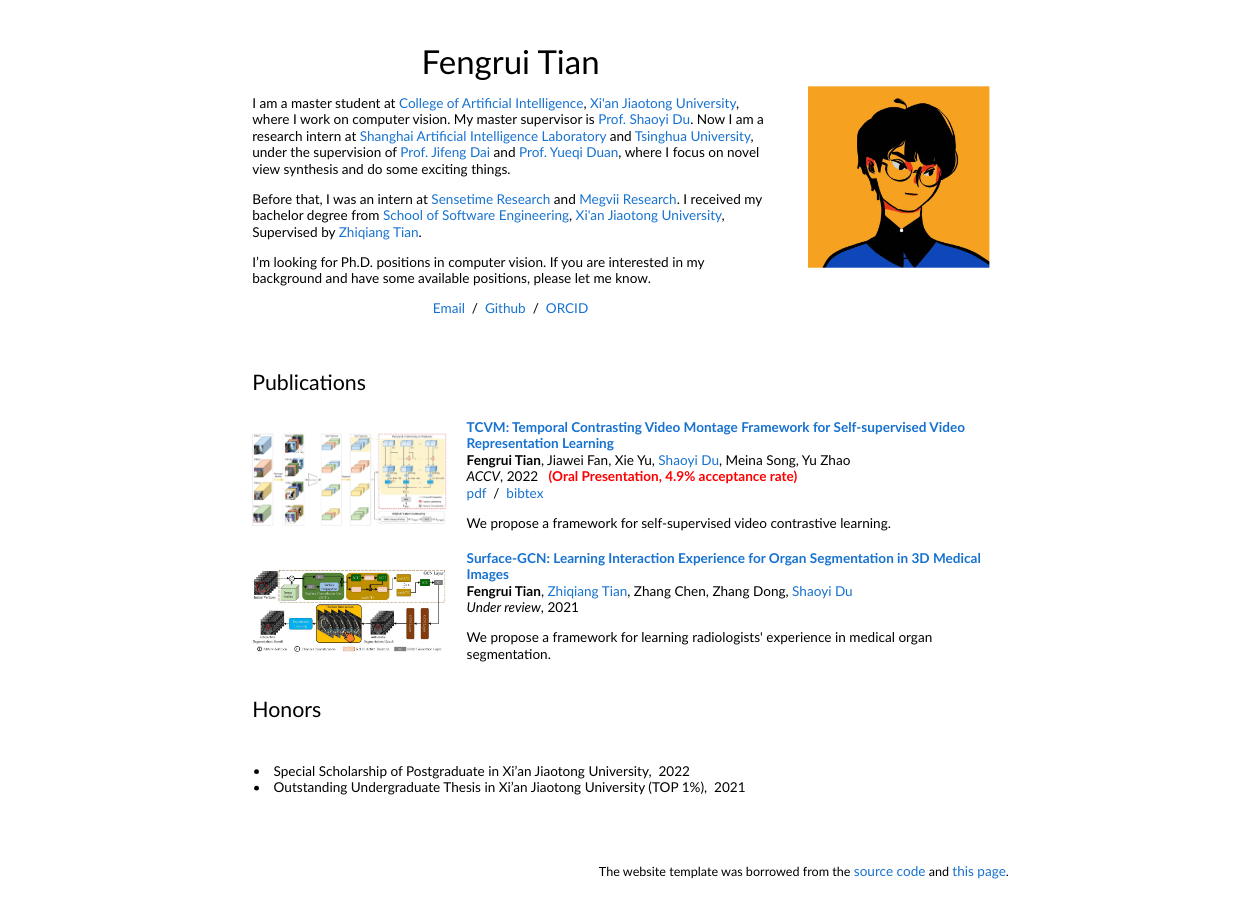
Repository: tianfr/tianfr.github.io
Page: index.html
These files come from the project's save history. The page is drawn as it stood at one moment and after the next save; the edit follows.
The browser window is 1280 px wide. The pictures show the whole page, at 97% of full size.

Above is the page before, as saved 2022-11-20 16:19:25.

### index.html
<!DOCTYPE HTML>
<html lang="en"><head><meta http-equiv="Content-Type" content="text/html; charset=UTF-8">

  <title>Fengrui Tian </title>

  <meta name="author" content="Fengrui Tian">
  <meta name="viewport" content="width=device-width, initial-scale=1">

  <link rel="stylesheet" type="text/css" href="stylesheet.css">
	<link rel="icon" href="data:[embedded picture, 141 characters]">
</head>

<body>
  <table style="width:100%;max-width:800px;border:0px;border-spacing:0px;border-collapse:separate;margin-right:auto;margin-left:auto;"><tbody>
    <tr style="padding:0px">
      <td style="padding:0px">
        <table style="width:100%;border:0px;border-spacing:0px;border-collapse:separate;margin-right:auto;margin-left:auto;"><tbody>
          <tr style="padding:0px">
            <td style="padding:2.5%;width:63%;vertical-align:middle">
              <p style="text-align:center">
                <name>
                  Fengrui Tian
                  <!-- <font face="KaiTi" size="6">田丰瑞</font> -->
                </name>
              </p>
              <p>I am a master student at <a href="http://iair.xjtu.edu.cn/">College of Artificial Intelligence</a>, <a href="http://www.xjtu.edu.cn/">Xi'an Jiaotong University</a>, where I work on computer vision. My master supervisor is <a href="https://gr.xjtu.edu.cn/en/web/dushaoyi/home">Prof. Shaoyi Du</a>. Now I am a research intern at <a href="https://www.shlab.org.cn/">Shanghai Artificial Intelligence Laboratory</a> and <a href="https://www.tsinghua.edu.cn/">Tsinghua University</a>, under the supervision of <a href="https://jifengdai.org/">Prof. Jifeng Dai</a> and  <a href="https://duanyueqi.github.io/">Prof. Yueqi Duan</a>, where I focus on novel view synthesis and do some exciting things.
              </p>
              <p> Before that, I was an intern at <a href="https://www.sensetime.com/">Sensetime Research</a> and
                <a href="https://www.megvii.com/">Megvii Research</a>. I received my bachelor degree from  <a href="https://blog.google/products/google-ar-vr/introducing-next-generation-jump/">School of Software Engineering</a>, <a href="http://www.xjtu.edu.cn/">Xi'an Jiaotong University</a>, Supervised by <a href="https://gr.xjtu.edu.cn/en/web/zhiqiangtian/home">Zhiqiang Tian</a>.
              </p>
              <p>  I’m looking for Ph.D. positions in computer vision. If you are interested in my background and have some available positions, please let me know.
              </p>
              <p style="text-align:center">
                <a href="mailto:tianfr@stu.xjtu.edu.cn">Email</a> &nbsp/&nbsp
                <!-- <a href="data/JonBarron-CV.pdf">CV</a> &nbsp/&nbsp -->
                <!-- <a href="data/JonBarron-bio.txt">Bio</a> &nbsp/&nbsp -->
                <!-- <a href="https://scholar.google.com/citations?hl=en&user=jktWnL8AAAAJ">Google Scholar</a> &nbsp/&nbsp -->
                <!-- <a href="https://twitter.com/jon_barron">Twitter</a> &nbsp/&nbsp -->
                <a href="https://github.com/tianfr/">Github</a> &nbsp/&nbsp
                <a href="https://orcid.org/0000-0002-9577-5276">ORCID</a>
              </p>
            </td>
            <td style="padding:2.5%;width:25%;max-width:25%">
              <a href="images/Fengrui_Tian_avatar.jpg"><img style="width:100%;max-width:100%" alt="profile photo" src="images/Fengrui_Tian_avatar.jpg" class="hoverZoomLink"></a>
            </td>
          </tr>
        <!-- </tbody></table>
        <table style="width:100%;border:0px;border-spacing:0px;border-collapse:separate;margin-right:auto;margin-left:auto;"><tbody>
            <tr>
            <td style="padding:20px;width:100%;vertical-align:middle">
              <heading>Research</heading>
              <p>
                I'm interested in computer vision, machine learning, optimization, and image processing. Much of my research is about inferring the physical world (shape, motion, color, light, etc) from images. Representative papers are <span class="highlight">highlighted</span>.
              </p>
            </td>
          </tr>
        </tbody></table> -->
        <table width="100%" align="center" border="0" cellspacing="0" cellpadding="20"><tbody>
          <tr>
            <td>
              <heading>Publications</heading>
            </td>
          </tr>
        </tbody></table>
        <table style="width:100%;border:0px;border-spacing:0px;border-collapse:separate;margin-right:auto;margin-left:auto;"><tbody>

          <tr onmouseout="dreamfusion_stop()" onmouseover="dreamfusion_start()">
            <td style="padding:20px;width:25%;vertical-align:middle">
              <img src="images/tcvm_overview.jpg" alt="prl" width="200" height="95">
            </td>
            <!-- <td style="padding:20px;width:25%;vertical-align:middle">
              <div class="one">
                <div class="two" id='dreamfusion_image'><video  width=100% height=100% muted autoplay loop>
                <source src="images/dreamfusion.mp4" type="video/mp4">
                Your browser does not support the video tag.
                </video></div>
                <img src='images/tcvm_overview.jpg' width="160">
              </div>
              <script type="text/javascript">
                function dreamfusion_start() {
                  document.getElementById('dreamfusion_image').style.opacity = "1";
                }

                function dreamfusion_stop() {
                  document.getElementById('dreamfusion_image').style.opacity = "0";
                }
                dreamfusion_stop()
              </script>
            </td> -->
            <!-- <td style="padding:20px;width:75%;vertical-align:middle"> -->
            <td width="75%" valign="middle">
              <a href="paper/22accv_tcvm.pdf">
                <papertitle>TCVM: Temporal Contrasting Video Montage Framework for Self-supervised Video Representation Learning</papertitle>
              </a>
              <br>
              <strong>Fengrui Tian</strong>,
              Jiawei Fan,
              Xie Yu,
              <a href="https://gr.xjtu.edu.cn/en/web/dushaoyi/home">Shaoyi Du</a>,
              Meina Song,
              Yu Zhao
              <br>
              <em>ACCV</em>, 2022 &nbsp <font color="red"><strong>(Oral Presentation, 4.9% acceptance rate)</strong></font>
              <br>
              <a href="paper/22accv_tcvm.pdf">pdf</a>  &nbsp/&nbsp
              <a href="data/accv22TCVM.bib">bibtex</a>
              <p></p>
              <p>
              We propose a framework for self-supervised video contrastive learning.
              </p>
            </td>
          </tr>


          <tr>
            <td style="padding:20px;width:25%;vertical-align:middle">
              <img src="images/surfacegcn.jpg" alt="prl" width="200" height="85">
            </td>
            <td width="75%" valign="middle">
              <a href="">
                <papertitle>Surface-GCN: Learning Interaction Experience for Organ Segmentation in 3D Medical Images</papertitle>
              </a>
              <br>
              <strong>Fengrui Tian</strong>,
              <a href="https://gr.xjtu.edu.cn/en/web/zhiqiangtian/home">Zhiqiang Tian</a>,
              Zhang Chen,
              Zhang Dong,
              <a href="https://gr.xjtu.edu.cn/en/web/dushaoyi/home">Shaoyi Du</a>
              <br>
              <em>Under review</em>, 2021
              <br>
              <!-- <a href="data/BarronPRL2009.bib">bibtex</a> -->
              <p>We propose a framework for learning radiologists' experience in medical organ segmentation.</p>
            </td>
          </tr>

        </tbody></table>


        <table width="100%" align="center" border="0" cellspacing="0" cellpadding="20"><tbody>
          <tr>
            <td>
              <heading>Honors</heading>
            </td>
          </tr>
        </tbody></table>
        <table width="100%" align="center" border="0" cellpadding="20"><tbody>
          <tr>
            <td style="padding:20px;width:100%;vertical-align:middle">
              <li>Special Scholarship of Postgraduate in Xi’an Jiaotong University,&nbsp; 2022 </li>
              <li>Outstanding Undergraduate Thesis in Xi’an Jiaotong University (TOP 1%),&nbsp; 2021 </li> <br>
          </td>

          </tr>


        </tbody></table>
        <table style="width:100%;border:0px;border-spacing:0px;border-collapse:separate;margin-right:auto;margin-left:auto;"><tbody>
          <tr>
            <td style="padding:0px">
              <br>
              <p style="text-align:right;font-size:small;">
                The website template was borrowed from the <a href="https://github.com/jonbarron/website">source code</a> and <a href="https://jonbarron.info/"> this page</a>.
              </p>
            </td>
          </tr>
        </tbody></table>
      </td>
    </tr>
  </table>
</body>

</html>

### stylesheet.css
/* latin-ext */
@font-face {
  font-family: 'Lato';
  font-style: italic;
  font-weight: 400;
  src: local('Lato Italic'), local('Lato-Italic'), url(https://fonts.gstatic.com/s/lato/v15/S6u8w4BMUTPHjxsAUi-qNiXg7eU0.woff2) format('woff2');
  unicode-range: U+0100-024F, U+0259, U+1E00-1EFF, U+2020, U+20A0-20AB, U+20AD-20CF, U+2113, U+2C60-2C7F, U+A720-A7FF;
}
/* latin */
@font-face {
  font-family: 'Lato';
  font-style: italic;
  font-weight: 400;
  src: local('Lato Italic'), local('Lato-Italic'), url(https://fonts.gstatic.com/s/lato/v15/S6u8w4BMUTPHjxsAXC-qNiXg7Q.woff2) format('woff2');
  unicode-range: U+0000-00FF, U+0131, U+0152-0153, U+02BB-02BC, U+02C6, U+02DA, U+02DC, U+2000-206F, U+2074, U+20AC, U+2122, U+2191, U+2193, U+2212, U+2215, U+FEFF, U+FFFD;
}
/* latin-ext */
@font-face {
  font-family: 'Lato';
  font-style: italic;
  font-weight: 700;
  src: local('Lato Bold Italic'), local('Lato-BoldItalic'), url(https://fonts.gstatic.com/s/lato/v15/S6u_w4BMUTPHjxsI5wq_FQftx9897sxZ.woff2) format('woff2');
  unicode-range: U+0100-024F, U+0259, U+1E00-1EFF, U+2020, U+20A0-20AB, U+20AD-20CF, U+2113, U+2C60-2C7F, U+A720-A7FF;
}
/* latin */
@font-face {
  font-family: 'Lato';
  font-style: italic;
  font-weight: 700;
  src: local('Lato Bold Italic'), local('Lato-BoldItalic'), url(https://fonts.gstatic.com/s/lato/v15/S6u_w4BMUTPHjxsI5wq_Gwftx9897g.woff2) format('woff2');
  unicode-range: U+0000-00FF, U+0131, U+0152-0153, U+02BB-02BC, U+02C6, U+02DA, U+02DC, U+2000-206F, U+2074, U+20AC, U+2122, U+2191, U+2193, U+2212, U+2215, U+FEFF, U+FFFD;
}
/* latin-ext */
@font-face {
  font-family: 'Lato';
  font-style: normal;
  font-weight: 400;
  src: local('Lato Regular'), local('Lato-Regular'), url(https://fonts.gstatic.com/s/lato/v15/S6uyw4BMUTPHjxAwXiWtFCfQ7A.woff2) format('woff2');
  unicode-range: U+0100-024F, U+0259, U+1E00-1EFF, U+2020, U+20A0-20AB, U+20AD-20CF, U+2113, U+2C60-2C7F, U+A720-A7FF;
}
/* latin */
@font-face {
  font-family: 'Lato';
  font-style: normal;
  font-weight: 400;
  src: local('Lato Regular'), local('Lato-Regular'), url(https://fonts.gstatic.com/s/lato/v15/S6uyw4BMUTPHjx4wXiWtFCc.woff2) format('woff2');
  unicode-range: U+0000-00FF, U+0131, U+0152-0153, U+02BB-02BC, U+02C6, U+02DA, U+02DC, U+2000-206F, U+2074, U+20AC, U+2122, U+2191, U+2193, U+2212, U+2215, U+FEFF, U+FFFD;
}
/* latin-ext */
@font-face {
  font-family: 'Lato';
  font-style: normal;
  font-weight: 700;
  src: local('Lato Bold'), local('Lato-Bold'), url(https://fonts.gstatic.com/s/lato/v15/S6u9w4BMUTPHh6UVSwaPGQ3q5d0N7w.woff2) format('woff2');
  unicode-range: U+0100-024F, U+0259, U+1E00-1EFF, U+2020, U+20A0-20AB, U+20AD-20CF, U+2113, U+2C60-2C7F, U+A720-A7FF;
}
/* latin */
@font-face {
  font-family: 'Lato';
  font-style: normal;
  font-weight: 700;
  src: local('Lato Bold'), local('Lato-Bold'), url(https://fonts.gstatic.com/s/lato/v15/S6u9w4BMUTPHh6UVSwiPGQ3q5d0.woff2) format('woff2');
  unicode-range: U+0000-00FF, U+0131, U+0152-0153, U+02BB-02BC, U+02C6, U+02DA, U+02DC, U+2000-206F, U+2074, U+20AC, U+2122, U+2191, U+2193, U+2212, U+2215, U+FEFF, U+FFFD;
}

a {
  color: #1772d0;
  text-decoration: none;
}

a:focus,
a:hover {
  color: #f09228;
  text-decoration: none;
}

body,
td,
th,
tr,
p,
a {
  font-family: 'Lato', Verdana, Helvetica, sans-serif;
  font-size: 14px
}

strong {
  font-family: 'Lato', Verdana, Helvetica, sans-serif;
  font-size: 14px;
}

heading {
  font-family: 'Lato', Verdana, Helvetica, sans-serif;
  font-size: 22px;
}

papertitle {
  font-family: 'Lato', Verdana, Helvetica, sans-serif;
  font-size: 14px;
  font-weight: 700
}

name {
  font-family: 'Lato', Verdana, Helvetica, sans-serif;
  font-size: 34px;
}

.one {
  width: 160px;
  height: 160px;
  position: relative;
}

.two {
  width: 160px;
  height: 160px;
  position: absolute;
  transition: opacity .2s ease-in-out;
  -moz-transition: opacity .2s ease-in-out;
  -webkit-transition: opacity .2s ease-in-out;
}

.fade {
  transition: opacity .2s ease-in-out;
  -moz-transition: opacity .2s ease-in-out;
  -webkit-transition: opacity .2s ease-in-out;
}

span.highlight {
  background-color: #ffffd0;
}

After the next save:
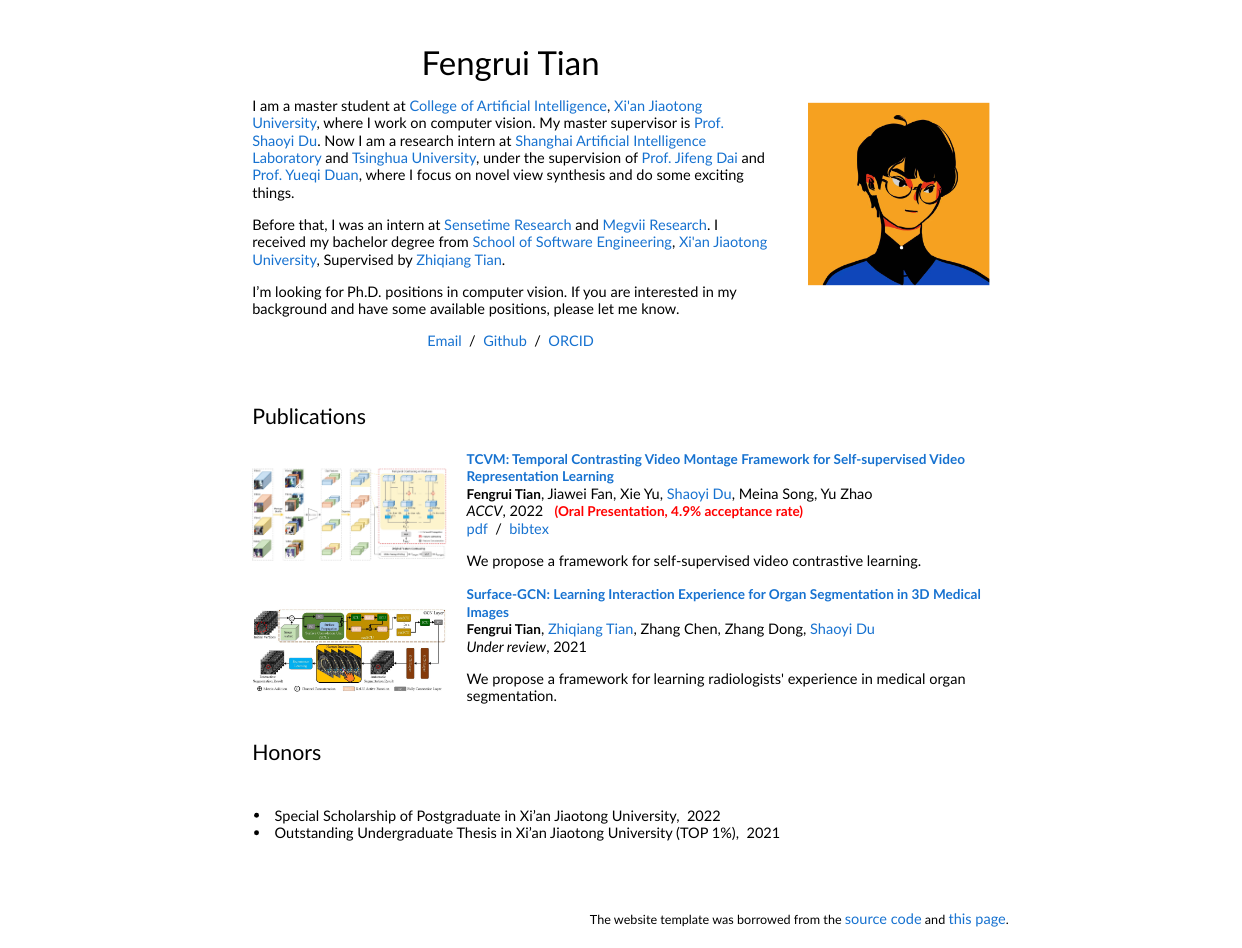
Saved 7 s later.
--- a/stylesheet.css
+++ b/stylesheet.css
@@ -81,7 +81,7 @@ tr,
 p,
 a {
   font-family: 'Lato', Verdana, Helvetica, sans-serif;
-  font-size: 14px
+  font-size: 15px
 }
 
 strong {
